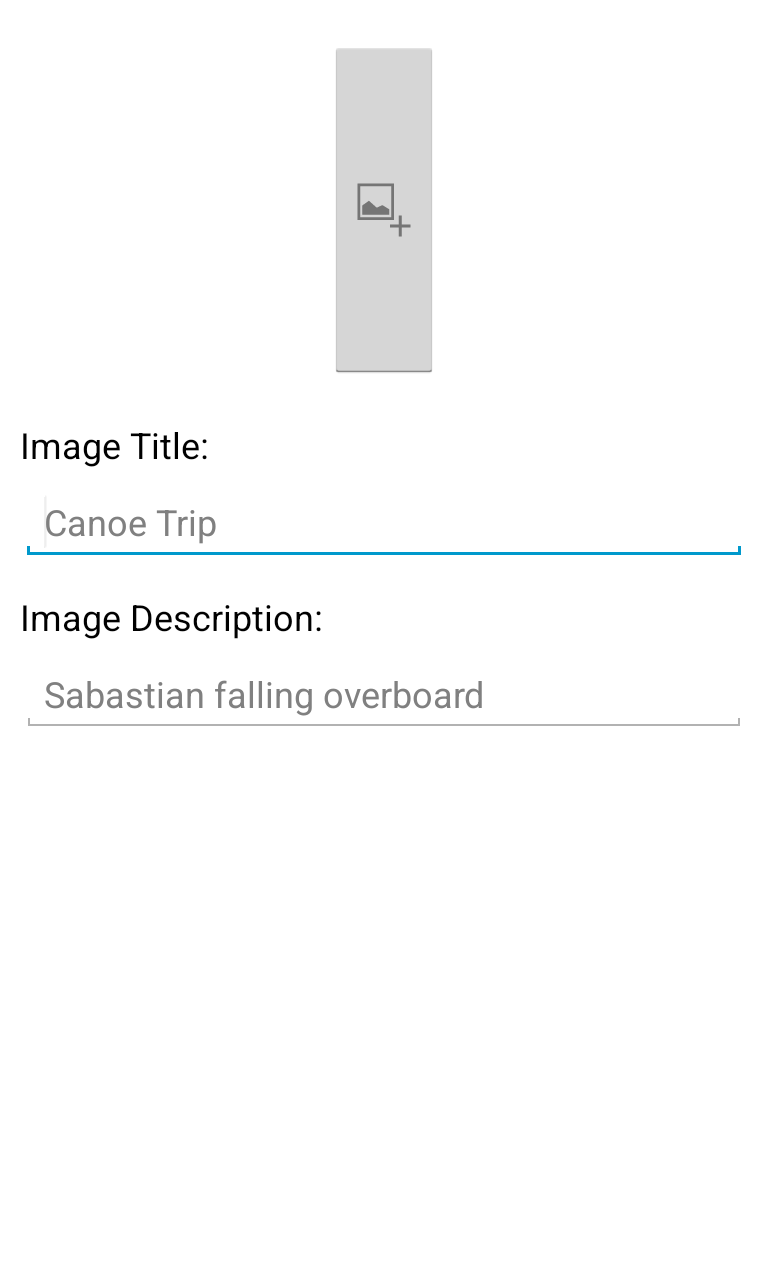
Repository: laurenelder/MDF3
Layout: Week 4/PhotoLocationApp/res/layout/activity_form.xml
An editor plug-in stored every save of this project. The layout is shown before and after the next save, followed by the edit.
It is drawn on a 768 x 1280 px phone screen (xhdpi) without system bars, with theme AppTheme; the app's code is not run.

Above is the layout before, as saved 2014-09-24 01:53:35.

After the next save:
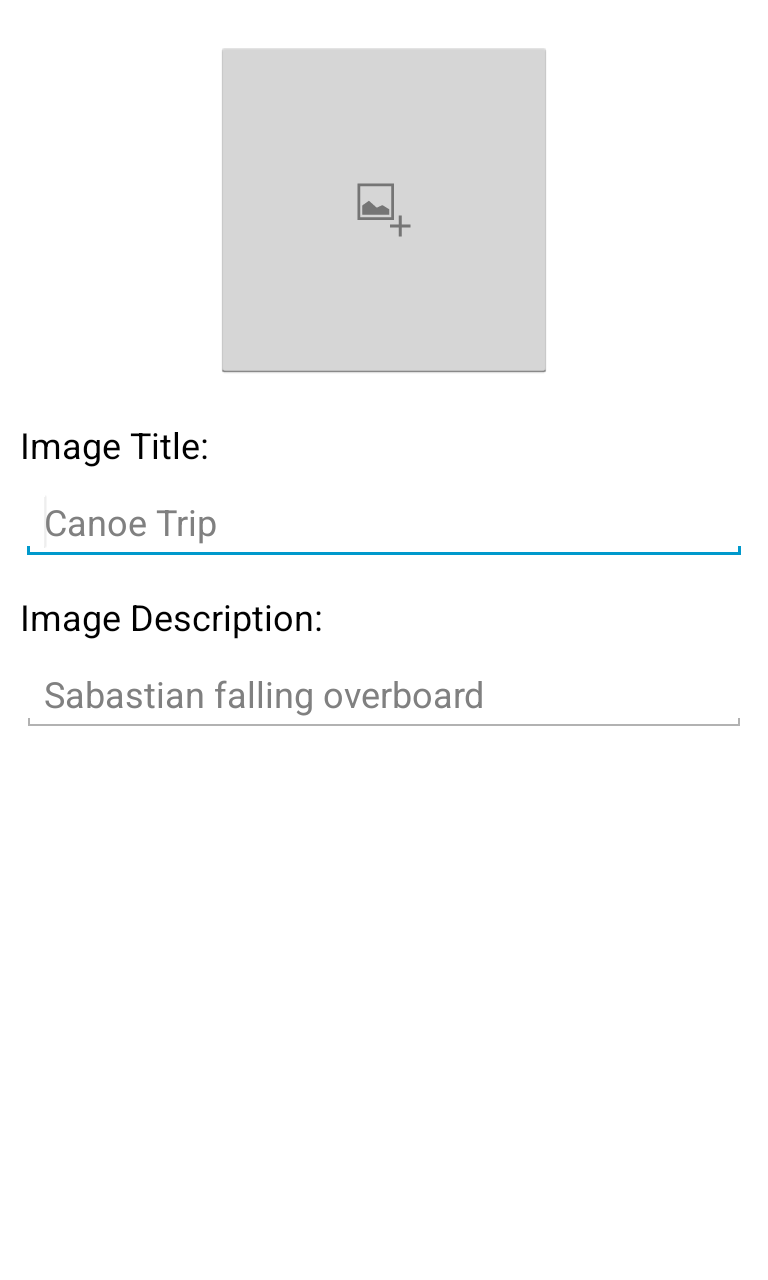
Saved 55 s later.
--- a/Week 4/PhotoLocationApp/res/layout/activity_form.xml
+++ b/Week 4/PhotoLocationApp/res/layout/activity_form.xml
@@ -6,7 +6,7 @@
 
     <ImageButton
         android:id="@+id/addImage"
-        android:layout_width="wrap_content"
+        android:layout_width="170dp"
         android:layout_height="170dp"
         android:layout_gravity="center"
         android:layout_marginTop="20dp"
